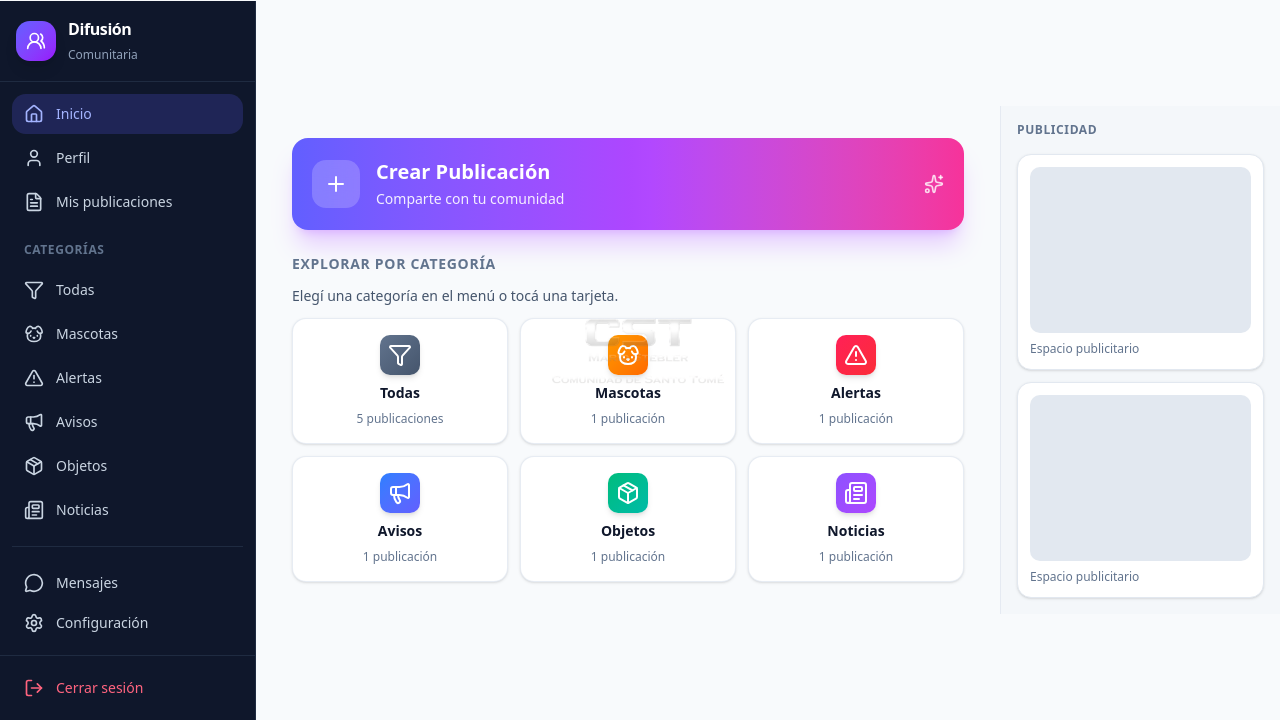
Repository: francoluca35/App-comunitaria
Page: /
The author's editor kept a copy of each file at every save. The page is drawn from the files as they stood at one save, then again after the next save.
The browser window is 1280 px wide. The pictures show the whole page.
The project was rebuilt for these pictures with package versions that can differ from the ones it lists, and the page was loaded fresh each time. The framework's server and built-in components were replaced by stand-ins that run in the browser. Also part of the build but not shown: next.config.mjs.

Above is the page before, as saved 2026-03-06 14:08:56.

### src/app/layout.tsx
import './globals.css'
import { Providers } from './providers'

export const metadata = {
  title: 'Comunidad',
  description: 'Plataforma de difusión comunitaria',
}

export default function RootLayout({ children }: { children: React.ReactNode }) {
  return (
    <html lang="es">
      <body>
        <Providers>{children}</Providers>
      </body>
    </html>
  )
}

### src/app/page.tsx
'use client'

import Link from 'next/link'
import { useApp, Category } from './providers'
import {
  Dog,
  AlertTriangle,
  Megaphone,
  Package,
  Newspaper,
  Filter,
  Plus,
  Sparkles,
} from 'lucide-react'
import { DashboardLayout } from '@/components/DashboardLayout'

const CATEGORIES: {
  value: Category | 'all'
  slug: string
  label: string
  icon: React.ReactNode
  iconClass: string
}[] = [
  { value: 'all', slug: 'todas', label: 'Todas', icon: <Filter className="w-6 h-6" />, iconClass: 'bg-gradient-to-br from-slate-500 to-slate-600 dark:from-slate-400 dark:to-slate-500' },
  { value: 'mascotas', slug: 'mascotas', label: 'Mascotas', icon: <Dog className="w-6 h-6" />, iconClass: 'bg-gradient-to-br from-amber-500 to-orange-500 dark:from-amber-400 dark:to-orange-400' },
  { value: 'alertas', slug: 'alertas', label: 'Alertas', icon: <AlertTriangle className="w-6 h-6" />, iconClass: 'bg-gradient-to-br from-rose-500 to-red-500 dark:from-rose-400 dark:to-red-400' },
  { value: 'avisos', slug: 'avisos', label: 'Avisos', icon: <Megaphone className="w-6 h-6" />, iconClass: 'bg-gradient-to-br from-blue-500 to-indigo-500 dark:from-blue-400 dark:to-indigo-400' },
  { value: 'objetos', slug: 'objetos', label: 'Objetos', icon: <Package className="w-6 h-6" />, iconClass: 'bg-gradient-to-br from-emerald-500 to-teal-500 dark:from-emerald-400 dark:to-teal-400' },
  { value: 'noticias', slug: 'noticias', label: 'Noticias', icon: <Newspaper className="w-6 h-6" />, iconClass: 'bg-gradient-to-br from-violet-500 to-purple-500 dark:from-violet-400 dark:to-purple-400' },
]

function getCategoryCount(posts: { category: Category }[], value: Category | 'all') {
  if (value === 'all') return posts.length
  return posts.filter((p) => p.category === value).length
}

export default function HomePage() {
  const { posts } = useApp()
  const approvedPosts = posts.filter((p) => p.status === 'approved')

  return (
    <DashboardLayout>
      <div className="w-full">
        {/* CTA Crear Publicación */}
        <Link
          href="/create"
          className="group flex items-center justify-between gap-4 rounded-2xl p-4 sm:p-5 mb-6 text-white overflow-hidden bg-gradient-to-r from-indigo-500 via-purple-500 to-pink-500 shadow-xl shadow-purple-500/25 hover:shadow-2xl hover:shadow-purple-500/30 hover:scale-[1.01] active:scale-[0.99] transition-all duration-300"
        >
          <div className="flex items-center gap-4">
            <span className="flex items-center justify-center w-12 h-12 rounded-xl bg-white/20 backdrop-blur-sm group-hover:bg-white/30 transition-colors">
              <Plus className="w-6 h-6 group-hover:rotate-90 transition-transform duration-300" />
            </span>
            <div>
              <span className="text-xl font-bold block">Crear Publicación</span>
              <span className="text-sm text-white/90">Comparte con tu comunidad</span>
            </div>
          </div>
          <Sparkles className="w-5 h-5 text-white/80 group-hover:animate-pulse" />
        </Link>

        {/* Resumen: acceso rápido por categoría */}
        <section>
          <h2 className="text-sm font-semibold text-slate-500 dark:text-gray-400 uppercase tracking-wider mb-3">
            Explorar por categoría
          </h2>
          <p className="text-slate-600 dark:text-gray-400 text-sm mb-3">
            Elegí una categoría en el menú o tocá una tarjeta.
          </p>
          <div className="grid grid-cols-2 sm:grid-cols-3 gap-2 sm:gap-3">
            {CATEGORIES.map((cat) => {
              const count = getCategoryCount(approvedPosts, cat.value)
              return (
                <Link
                  key={cat.value}
                  href={`/categoria/${cat.slug}`}
                  className="group flex flex-col items-center gap-2 p-4 rounded-xl bg-white dark:bg-gray-800/80 border border-slate-200/80 dark:border-gray-700/80 shadow-sm hover:shadow-lg hover:shadow-slate-200/50 dark:hover:shadow-black/20 hover:border-transparent hover:-translate-y-0.5 active:translate-y-0 transition-all duration-200"
                >
                  <span
                    className={`flex items-center justify-center w-10 h-10 rounded-lg ${cat.iconClass} text-white shadow-md group-hover:scale-110 transition-transform duration-200`}
                  >
                    {cat.icon}
                  </span>
                  <span className="font-semibold text-slate-900 dark:text-white text-sm text-center">
                    {cat.label}
                  </span>
                  <span className="text-xs text-slate-500 dark:text-gray-400">
                    {count === 1 ? '1 publicación' : `${count} publicaciones`}
                  </span>
                </Link>
              )
            })}
          </div>
        </section>
      </div>
    </DashboardLayout>
  )
}

### src/app/globals.css
@import 'tailwindcss' source(none);
@source '../**/*.{js,ts,jsx,tsx}';
@import 'tw-animate-css';

@custom-variant dark (&:is(.dark *));

:root {
  --font-size: 16px;
  --background: #ffffff;
  --foreground: oklch(0.145 0 0);
  --card: #ffffff;
  --card-foreground: oklch(0.145 0 0);
  --popover: oklch(1 0 0);
  --popover-foreground: oklch(0.145 0 0);
  --primary: #030213;
  --primary-foreground: oklch(1 0 0);
  --secondary: oklch(0.95 0.0058 264.53);
  --secondary-foreground: #030213;
  --muted: #ececf0;
  --muted-foreground: #717182;
  --accent: #e9ebef;
  --accent-foreground: #030213;
  --destructive: #d4183d;
  --destructive-foreground: #ffffff;
  --border: rgba(0, 0, 0, 0.1);
  --input: transparent;
  --input-background: #f3f3f5;
  --switch-background: #cbced4;
  --font-weight-medium: 500;
  --font-weight-normal: 400;
  --ring: oklch(0.708 0 0);
  --chart-1: oklch(0.646 0.222 41.116);
  --chart-2: oklch(0.6 0.118 184.704);
  --chart-3: oklch(0.398 0.07 227.392);
  --chart-4: oklch(0.828 0.189 84.429);
  --chart-5: oklch(0.769 0.188 70.08);
  --radius: 0.625rem;
  --sidebar: oklch(0.985 0 0);
  --sidebar-foreground: oklch(0.145 0 0);
  --sidebar-primary: #030213;
  --sidebar-primary-foreground: oklch(0.985 0 0);
  --sidebar-accent: oklch(0.97 0 0);
  --sidebar-accent-foreground: oklch(0.205 0 0);
  --sidebar-border: oklch(0.922 0 0);
  --sidebar-ring: oklch(0.708 0 0);
}

.dark {
  --background: oklch(0.145 0 0);
  --foreground: oklch(0.985 0 0);
  --card: oklch(0.145 0 0);
  --card-foreground: oklch(0.985 0 0);
  --popover: oklch(0.145 0 0);
  --popover-foreground: oklch(0.985 0 0);
  --primary: oklch(0.985 0 0);
  --primary-foreground: oklch(0.205 0 0);
  --secondary: oklch(0.269 0 0);
  --secondary-foreground: oklch(0.985 0 0);
  --muted: oklch(0.269 0 0);
  --muted-foreground: oklch(0.708 0 0);
  --accent: oklch(0.269 0 0);
  --accent-foreground: oklch(0.985 0 0);
  --destructive: oklch(0.396 0.141 25.723);
  --destructive-foreground: oklch(0.637 0.237 25.331);
  --border: oklch(0.269 0 0);
  --input: oklch(0.269 0 0);
  --ring: oklch(0.439 0 0);
  --font-weight-medium: 500;
  --font-weight-normal: 400;
  --chart-1: oklch(0.488 0.243 264.376);
  --chart-2: oklch(0.696 0.17 162.48);
  --chart-3: oklch(0.769 0.188 70.08);
  --chart-4: oklch(0.627 0.265 303.9);
  --chart-5: oklch(0.645 0.246 16.439);
  --sidebar: oklch(0.205 0 0);
  --sidebar-foreground: oklch(0.985 0 0);
  --sidebar-primary: oklch(0.488 0.243 264.376);
  --sidebar-primary-foreground: oklch(0.985 0 0);
  --sidebar-accent: oklch(0.269 0 0);
  --sidebar-accent-foreground: oklch(0.985 0 0);
  --sidebar-border: oklch(0.269 0 0);
  --sidebar-ring: oklch(0.439 0 0);
}

@theme inline {
  --color-background: var(--background);
  --color-foreground: var(--foreground);
  --color-card: var(--card);
  --color-card-foreground: var(--card-foreground);
  --color-popover: var(--popover);
  --color-popover-foreground: var(--popover-foreground);
  --color-primary: var(--primary);
  --color-primary-foreground: var(--primary-foreground);
  --color-secondary: var(--secondary);
  --color-secondary-foreground: var(--secondary-foreground);
  --color-muted: var(--muted);
  --color-muted-foreground: var(--muted-foreground);
  --color-accent: var(--accent);
  --color-accent-foreground: var(--accent-foreground);
  --color-destructive: var(--destructive);
  --color-destructive-foreground: var(--destructive-foreground);
  --color-border: var(--border);
  --color-input: var(--input);
  --color-input-background: var(--input-background);
  --color-switch-background: var(--switch-background);
  --color-ring: var(--ring);
  --color-chart-1: var(--chart-1);
  --color-chart-2: var(--chart-2);
  --color-chart-3: var(--chart-3);
  --color-chart-4: var(--chart-4);
  --color-chart-5: var(--chart-5);
  --radius-sm: calc(var(--radius) - 4px);
  --radius-md: calc(var(--radius) - 2px);
  --radius-lg: var(--radius);
  --radius-xl: calc(var(--radius) + 4px);
  --color-sidebar: var(--sidebar);
  --color-sidebar-foreground: var(--sidebar-foreground);
  --color-sidebar-primary: var(--sidebar-primary);
  --color-sidebar-primary-foreground: var(--sidebar-primary-foreground);
  --color-sidebar-accent: var(--sidebar-accent);
  --color-sidebar-accent-foreground: var(--sidebar-accent-foreground);
  --color-sidebar-border: var(--sidebar-border);
  --color-sidebar-ring: var(--sidebar-ring);
}

@layer base {
  * {
    @apply border-border outline-ring/50;
  }

  body {
    @apply bg-background text-foreground;
  }

  html {
    font-size: var(--font-size);
  }

  h1 {
    font-size: var(--text-2xl);
    font-weight: var(--font-weight-medium);
    line-height: 1.5;
  }

  h2 {
    font-size: var(--text-xl);
    font-weight: var(--font-weight-medium);
    line-height: 1.5;
  }

  h3 {
    font-size: var(--text-lg);
    font-weight: var(--font-weight-medium);
    line-height: 1.5;
  }

  h4 {
    font-size: var(--text-base);
    font-weight: var(--font-weight-medium);
    line-height: 1.5;
  }

  label {
    font-size: var(--text-base);
    font-weight: var(--font-weight-medium);
    line-height: 1.5;
  }

  button {
    font-size: var(--text-base);
    font-weight: var(--font-weight-medium);
    line-height: 1.5;
  }

  input {
    font-size: var(--text-base);
    font-weight: var(--font-weight-normal);
    line-height: 1.5;
  }
}

/* Mobile-first custom styles */
.scrollbar-hide {
  -ms-overflow-style: none;
  scrollbar-width: none;
}

.scrollbar-hide::-webkit-scrollbar {
  display: none;
}

/* Smooth transitions */
* {
  -webkit-tap-highlight-color: transparent;
}

/* Safe area for mobile devices */
@supports (padding: max(0px)) {
  body {
    padding-bottom: max(0px, env(safe-area-inset-bottom));
  }
}

### src/components/DashboardLayout.tsx
'use client'

import { useState } from 'react'
import Link from 'next/link'
import { Menu, Megaphone } from 'lucide-react'
import { DashboardSidebar } from './DashboardSidebar'

export function DashboardLayout({ children }: { children: React.ReactNode }) {
  const [sidebarOpen, setSidebarOpen] = useState(false)

  return (
    <div className="relative flex min-h-screen bg-slate-50 dark:bg-[#84041c] items-center justify-center">

    <img
      src="/assets/logocst.png"
      alt="logo"
      className="absolute w-64 opacity-20"
    />
      {/* Sidebar izquierdo: oculto en móvil salvo overlay */}
      <div
        className={`fixed inset-y-0 left-0 z-40 lg:static lg:block ${
          sidebarOpen ? 'block' : 'hidden'
        }`}
      >
        <DashboardSidebar onNavigate={() => setSidebarOpen(false)} />
      </div>

      {sidebarOpen && (
        <button
          type="button"
          aria-label="Cerrar menú"
          className="fixed inset-0 z-30 bg-black/50 lg:hidden"
          onClick={() => setSidebarOpen(false)}
        />
      )}

      {/* Centro: feed con ancho acotado */}
      <div className="flex-1 flex flex-col min-w-0 max-w-full">
        <header className="sticky top-0 z-20 flex items-center justify-between gap-2 px-3 py-3 bg-white/90 dark:bg-gray-950/90 backdrop-blur-xl border-b border-slate-200/80 dark:border-gray-800 lg:hidden">
          <div className="flex items-center gap-2">
            <button
              type="button"
              onClick={() => setSidebarOpen(true)}
              className="p-2 rounded-xl text-slate-600 dark:text-gray-400 hover:bg-slate-100 dark:hover:bg-gray-800"
              aria-label="Abrir menú"
            >
              <Menu className="w-6 h-6" />
            </button>
            <span className="font-semibold text-slate-900 dark:text-white">Difusión Comunitaria</span>
          </div>
          <Link
            href="/publicidades"
            className="flex items-center gap-1.5 px-3 py-2 rounded-xl bg-indigo-500/15 text-indigo-600 dark:text-indigo-400 hover:bg-indigo-500/25 text-sm font-medium"
            aria-label="Publicidades"
          >
            <Megaphone className="w-4 h-4" />
            <span>Publicidades</span>
          </Link>
        </header>

        <main className="flex-1 p-4 lg:p-6 overflow-auto flex justify-center">
          <div className="w-full max-w-2xl">
            {children}
          </div>
        </main>
      </div>

      {/* Columna fija: publicidad (solo desktop) */}
      <aside className="hidden xl:block w-[280px] shrink-0 border-l border-slate-200/80 dark:border-gray-800 bg-slate-100/50 dark:bg-gray-900/50 overflow-y-auto">
        <div className="sticky top-0 p-4 space-y-4">
          <h3 className="text-xs font-semibold text-slate-500 dark:text-gray-500 uppercase tracking-wider">
            Publicidad
          </h3>
          <div className="space-y-3">
            <div className="rounded-xl bg-white dark:bg-gray-800/80 border border-slate-200 dark:border-gray-700 p-3 shadow-sm">
              <div className="aspect-[4/3] rounded-lg bg-slate-200 dark:bg-gray-700 mb-2" />
              <p className="text-xs text-slate-500 dark:text-gray-400">Espacio publicitario</p>
            </div>
            <div className="rounded-xl bg-white dark:bg-gray-800/80 border border-slate-200 dark:border-gray-700 p-3 shadow-sm">
              <div className="aspect-[4/3] rounded-lg bg-slate-200 dark:bg-gray-700 mb-2" />
              <p className="text-xs text-slate-500 dark:text-gray-400">Espacio publicitario</p>
            </div>
          </div>
        </div>
      </aside>
    </div>
  )
}

### src/lib/supabase/client.ts
import { createClient as createSupabaseClient } from '@supabase/supabase-js'

const supabaseUrl = process.env.NEXT_PUBLIC_SUPABASE_URL!
const supabaseAnonKey = process.env.NEXT_PUBLIC_SUPABASE_ANON_KEY!

export function createClient() {
  return createSupabaseClient(supabaseUrl, supabaseAnonKey)
}

### src/components/DashboardSidebar.tsx
'use client'

import Link from 'next/link'
import { usePathname, useRouter } from 'next/navigation'
import {
  Users2,
  Home,
  User,
  FileText,
  Filter,
  Dog,
  AlertTriangle,
  Megaphone,
  Package,
  Newspaper,
  MessageCircle,
  Settings,
  LogOut,
  LayoutDashboard,
} from 'lucide-react'
import { useApp } from '@/app/providers'

const CATEGORIES = [
  { slug: 'todas', label: 'Todas', icon: Filter },
  { slug: 'mascotas', label: 'Mascotas', icon: Dog },
  { slug: 'alertas', label: 'Alertas', icon: AlertTriangle },
  { slug: 'avisos', label: 'Avisos', icon: Megaphone },
  { slug: 'objetos', label: 'Objetos', icon: Package },
  { slug: 'noticias', label: 'Noticias', icon: Newspaper },
] as const

export function DashboardSidebar({ onNavigate }: { onNavigate?: () => void }) {
  const pathname = usePathname()
  const router = useRouter()
  const { currentUser, logout } = useApp()

  const isActive = (path: string) => {
    if (path === '/') return pathname === '/'
    return pathname.startsWith(path)
  }

  const linkClass = (active: boolean) =>
    `flex items-center gap-3 px-3 py-2.5 rounded-xl text-sm font-medium transition-colors ${
      active
        ? 'bg-indigo-500/20 text-indigo-300 dark:text-indigo-200'
        : 'text-slate-300 dark:text-gray-400 hover:bg-white/5 hover:text-white dark:hover:text-gray-200'
    }`

  return (
    <aside className="flex flex-col w-64 min-h-full bg-slate-900 dark:bg-[#440813] border-r border-slate-700/50 dark:border-gray-800 shrink-0">
      {/* Logo */}
      <div className="p-4 border-b border-slate-700/50 dark:border-gray-800">
        <Link href="/" className="flex items-center gap-3" onClick={onNavigate}>
          <div className="flex items-center justify-center w-10 h-10 rounded-xl bg-gradient-to-br from-indigo-500 to-purple-600 shadow-lg">
            <Users2 className="w-5 h-5 text-white" />
          </div>
          <div>
            <span className="text-white font-bold tracking-tight block">Difusión</span>
            <span className="text-slate-400 dark:text-gray-500 text-xs">Comunitaria</span>
          </div>
        </Link>
      </div>

      {/* Nav */}
      <nav className="flex-1 overflow-y-auto p-3 space-y-1">
        <Link href="/" className={linkClass(pathname === '/')} onClick={onNavigate}>
          <Home className="w-5 h-5 shrink-0" />
          Inicio
        </Link>
        <Link href="/profile" className={linkClass(isActive('/profile'))} onClick={onNavigate}>
          <User className="w-5 h-5 shrink-0" />
          Perfil
        </Link>
        <Link href="/mis-publicaciones" className={linkClass(isActive('/mis-publicaciones'))} onClick={onNavigate}>
          <FileText className="w-5 h-5 shrink-0" />
          Mis publicaciones
        </Link>

        <div className="pt-4 pb-2">
          <p className="px-3 text-xs font-semibold text-slate-500 dark:text-gray-500 uppercase tracking-wider">
            Categorías
          </p>
        </div>
        {CATEGORIES.map(({ slug, label, icon: Icon }) => {
          const href = `/categoria/${slug}`
          const active = pathname === href
          return (
            <Link key={slug} href={href} className={linkClass(active)} onClick={onNavigate}>
              <Icon className="w-5 h-5 shrink-0" />
              {label}
            </Link>
          )
        })}

        <div className="pt-4 border-t border-slate-700/50 dark:border-gray-800 mt-4">
          <Link href="#" className={linkClass(false)} onClick={onNavigate}>
            <MessageCircle className="w-5 h-5 shrink-0" />
            Mensajes
          </Link>
          <Link href="/profile" className={linkClass(isActive('/profile'))} onClick={onNavigate}>
            <Settings className="w-5 h-5 shrink-0" />
            Configuración
          </Link>
        </div>

        {currentUser?.isAdmin && (
          <Link href="/admin" className={linkClass(isActive('/admin'))} onClick={onNavigate}>
            <LayoutDashboard className="w-5 h-5 shrink-0" />
            Acceso Admin
          </Link>
        )}
      </nav>

      {/* Cerrar sesión */}
      <div className="p-3 border-t border-slate-700/50 dark:border-gray-800">
        <button
          type="button"
          onClick={async () => {
            await logout()
            onNavigate?.()
            router.push('/login')
          }}
          className="flex items-center gap-3 w-full px-3 py-2.5 rounded-xl text-sm font-medium text-rose-400 hover:bg-rose-500/10 hover:text-rose-300 transition-colors"
        >
          <LogOut className="w-5 h-5 shrink-0" />
          Cerrar sesión
        </button>
      </div>
    </aside>
  )
}

Loaded but not shown: src/app/components/ui/sonner.tsx (common file); src/app/providers.tsx (554 lines, source omitted)

After the next save:
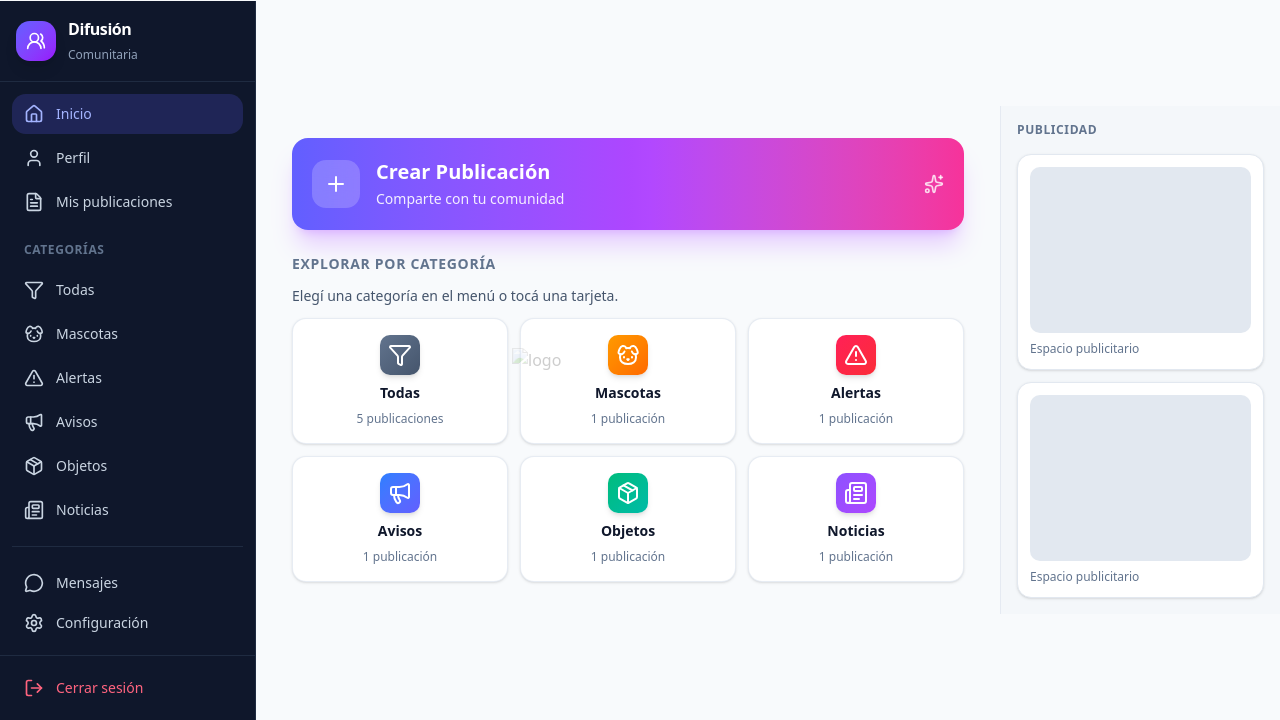
Not found: assets/logo.png
Saved 11 s later.
--- a/src/components/DashboardLayout.tsx
+++ b/src/components/DashboardLayout.tsx
@@ -12,7 +12,7 @@
     <div className="relative flex min-h-screen bg-slate-50 dark:bg-[#84041c] items-center justify-center">
 
     <img
-      src="/assets/logocst.png"
+      src="/assets/logo.png"
       alt="logo"
       className="absolute w-64 opacity-20"
     />

After the save that followed:
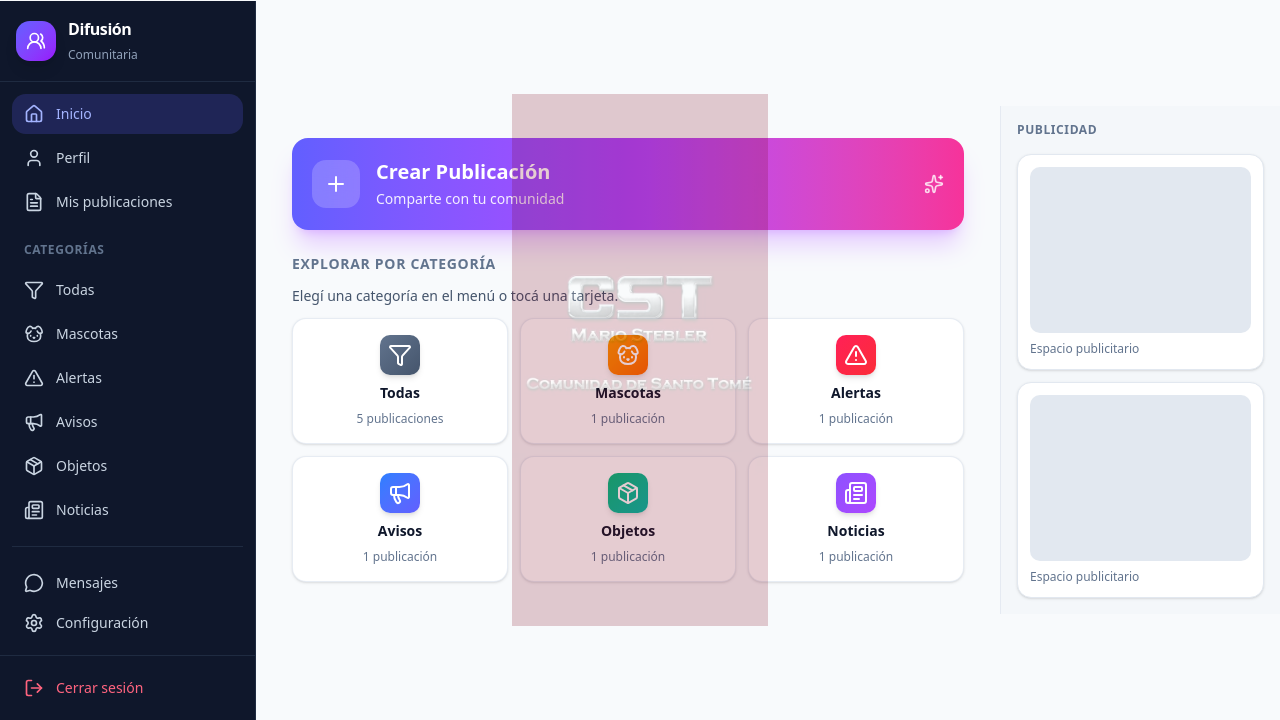
Saved 13 s later.
--- a/src/components/DashboardLayout.tsx
+++ b/src/components/DashboardLayout.tsx
@@ -12,7 +12,7 @@
     <div className="relative flex min-h-screen bg-slate-50 dark:bg-[#84041c] items-center justify-center">
 
     <img
-      src="/assets/logo.png"
+      src="/assets/fondo.png"
       alt="logo"
       className="absolute w-64 opacity-20"
     />
